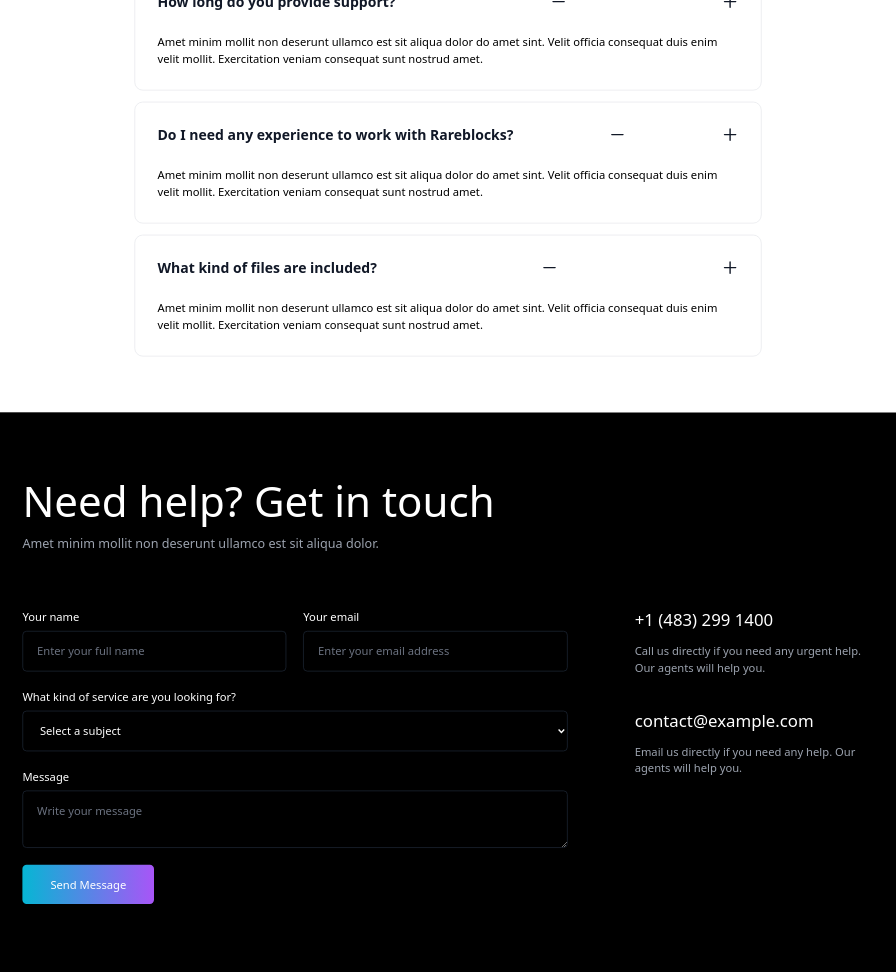
Repository: ornelasedward/mired_website
Page: /
An editor plug-in stored every save of this project. The page is shown before and after the next save, followed by the edit.
The browser window is 1280 px wide. The pictures show the part of the page from y = 3785 to 5705 px (the page is 5173 px tall before and 5705 px after), at 70% of full size.
The project was rebuilt for these pictures with package versions that can differ from the ones it lists, and the page was loaded fresh each time. The framework's server and built-in components were replaced by stand-ins that run in the browser. Also part of the build but not shown: next.config.js.

Above is the page before, as saved 2023-03-25 21:17:15.

### app/page.tsx
import Header from "@/components/Header";
import Hero from "@/components/Hero";
import Services from "@/components/Services";
import CTA from "@/components/CTA";
import { Inter } from "next/font/google";
import Testimonial from "@/components/Testimonials";
import FAQ from "@/components/FAQ";
import Contact from "@/components/Contact";

const inter = Inter({ subsets: ["latin"] });

export default function Home() {
  return (
    <main>
      <Hero />
      <Header />
      <Services />
      <CTA />
      <Testimonial />
      <FAQ />
      <Contact />
    </main>
  );
}

### components/Header.tsx
export default function Header() {
  return (
    <section className="py-12 overflow-hidden bg-gray-900 sm:py-16 lg:py-20 xl:py-24">
      <div className="px-4 mx-auto max-w-7xl sm:px-6 lg:px-8">
        <div className="grid max-w-6xl grid-cols-1 mx-auto gap-y-12 lg:grid-cols-2 lg:gap-x-16 xl:gap-x-24">
          <div className="relative flex flex-col justify-between max-w-lg lg:py-12 lg:max-w-none">
            <div className="flex-1">
              <p className="text-sm font-normal tracking-widest uppercase">
                <span className="text-transparent bg-clip-text bg-gradient-to-r from-cyan-500 to-purple-500">
                  {" "}
                  Have a project in mind?{" "}
                </span>
              </p>
            </div>

            <div className="mt-6 lg:mt-auto">
              <h2 className="text-3xl font-normal text-white sm:text-4xl lg:text-5xl xl:text-6xl">
                We help you to grow your business faster & easier.
              </h2>
              <p className="mt-4 text-base font-normal text-gray-400 lg:max-w-xs sm:text-lg sm:mt-6">
                Amet minim mollit non deserunt ullamco est sit aliqua dolor.
              </p>
            </div>
          </div>

          <div className="relative flex items-center justify-center">
            <div className="absolute right-0 transform translate-x-4 -translate-y-1/2 top-1/2">
              <svg
                className="filter blur-3xl"
                // style="filter: blur(64px)"
                width="619"
                height="371"
                fill="none"
                xmlns="http://www.w3.org/2000/svg"
              >
                <path
                  d="M355.661 40.206C507.908 40.206 619-61.411 619 58.454 619 178.319 219.912 371 67.665 371s0-192.681 0-312.546c0-119.865 135.749-18.248 287.996-18.248Z"
                  fill="url(#e)"
                />
                <defs>
                  <linearGradient
                    id="e"
                    x1="0"
                    y1="371"
                    x2="36.57"
                    y2="-50.529"
                    gradientUnits="userSpaceOnUse"
                  >
                    <stop
                      offset="0%"
                      //   style="stop-color: var(--color-cyan-500)"
                    />
                    <stop
                      offset="100%"
                      //   style="stop-color: var(--color-purple-500)"
                    />
                  </linearGradient>
                </defs>
              </svg>
            </div>

            <div className="relative overflow-hidden bg-black rounded-xl">
              <div className="p-6 sm:py-8 sm:px-9">
                <p className="text-xl font-normal text-white">
                  Let us know about your project & we will help you grow your
                  business from scratch.
                </p>

                <form action="#" method="POST" className="mt-8 space-y-4">
                  <div>
                    <label for="" className="sr-only">
                      {" "}
                      Full name{" "}
                    </label>
                    <div>
                      <input
                        type="text"
                        name=""
                        id=""
                        placeholder="First & Last name"
                        className="block w-full px-5 py-4 text-base text-white placeholder-gray-500 bg-black rounded-md focus:border-white focus:ring-1 focus:ring-white"
                      />
                    </div>
                  </div>

                  <div>
                    <label for="" className="sr-only">
                      {" "}
                      Email address{" "}
                    </label>
                    <div>
                      <input
                        type="email"
                        name=""
                        id=""
                        placeholder="Email address"
                        className="block w-full px-5 py-4 text-base text-white placeholder-gray-500 bg-black rounded-md focus:border-white focus:ring-1 focus:ring-white"
                      />
                    </div>
                  </div>

                  <div>
                    <label for="" className="sr-only">
                      {" "}
                      Phone number{" "}
                    </label>
                    <div>
                      <input
                        type="tel"
                        name=""
                        id=""
                        placeholder="Phone number"
                        className="block w-full px-5 py-4 text-base text-white placeholder-gray-500 bg-black rounded-md focus:border-white focus:ring-1 focus:ring-white"
                      />
                    </div>
                  </div>

                  <div>
                    <label for="" className="sr-only">
                      {" "}
                      Message{" "}
                    </label>
                    <div>
                      <textarea
                        name=""
                        id=""
                        placeholder="Write your message"
                        rows="4"
                        className="block w-full px-5 py-4 text-base text-white placeholder-gray-500 bg-black rounded-md resize-y focus:border-white focus:ring-1 focus:ring-white"
                      ></textarea>
                    </div>
                  </div>

                  <div>
                    <div className="relative inline-flex mt-2 group">
                      <div className="absolute transition-all duration-200 rounded-md -inset-px bg-gradient-to-r from-cyan-500 to-purple-500 group-hover:shadow-lg group-hover:shadow-cyan-500/50"></div>
                      <button
                        type="button"
                        className="relative inline-flex items-center justify-center px-8 py-3 text-base font-normal text-white bg-black border border-transparent rounded-md"
                        role="button"
                      >
                        Send Message
                      </button>
                    </div>
                  </div>
                </form>
              </div>
            </div>
          </div>
        </div>
      </div>
    </section>
  );
}

### components/Services.tsx
import Image from "next/image";

export default function Services() {
  return (
    <div>
      <div className="absolute transform -translate-x-1/2 translate-y-full bottom-1/2 left-1/2">
        <svg
          className="blur-3xl filter opacity-70"
          style={{ filter: "blur(64px)" }}
          width="643"
          height="408"
          fill="none"
          xmlns="http://www.w3.org/2000/svg"
        >
          <path
            d="M183.151 216.787C86.498 123.868-62.309 137.493 30.03 41.445c92.337-96.049 494.126-6.876 590.779 86.043 96.652 92.919-148.432 154.396-240.769 250.445-92.338 96.048-100.237-68.228-196.889-161.146Z"
            fill="url(#a)"
          />
          <defs>
            <linearGradient
              id="a"
              x1="663.766"
              y1="168.785"
              x2="303.65"
              y2="469.667"
              gradientUnits="userSpaceOnUse"
            >
              <stop
                offset="0%"
                style={{ stopColor: "var(--color-cyan-500)" }}
              />
              <stop
                offset="100%"
                style={{ stopColor: "var(--color-purple-500)" }}
              />
            </linearGradient>
          </defs>
        </svg>
      </div>

      <div className="absolute inset-0">
        {/* <Image className="object-cover w-full h-full opacity-50" src="https://landingfoliocom.imgix.net/store/collection/dusk/images/noise.png" alt="" width="100" height="100"> */}
      </div>

      <div className="relative px-4 mx-auto sm:px-6 lg:px-8 max-w-7xl">
        <div className="max-w-md mx-auto text-center">
          <h2 className="text-3xl font-normal text-white sm:text-4xl lg:text-5xl xl:text-6xl">
            3 simple steps
          </h2>
          <p className="mt-6 text-lg font-normal text-gray-400">
            Amet minim mollit non deserunt ullamco est sit aliqua dolor do amet
            sint velit officia
          </p>
        </div>

        <div className="grid grid-cols-1 mt-12 bg-black bg-opacity-50 border border-gray-800 sm:grid-cols-2 lg:grid-cols-4 sm:mt-16 lg:mt-20 backdrop-blur-lg">
          <div className="">
            <div className="p-6 sm:px-8">
              <p className="text-5xl font-semibold text-gray-600">1</p>
              <p className="mt-12 text-xl font-normal text-white lg:mt-32 xl:mt-52">
                Create a free account. Amet minim mollit non est sit dolor do.
              </p>
            </div>
          </div>

          <div className="border-t border-gray-800 sm:border-t-0 sm:border-l">
            <div className="p-6 sm:px-8">
              <p className="text-5xl font-semibold text-gray-600">2</p>
              <p className="mt-12 text-xl font-normal text-white lg:mt-32 xl:mt-52">
                Add team member on your project. Amet minim mollit non.
              </p>
            </div>
          </div>

          <div className="border-t border-gray-800 lg:border-t-0 lg:border-l">
            <div className="p-6 sm:px-8">
              <p className="text-5xl font-semibold text-gray-600">3</p>
              <p className="mt-12 text-xl font-normal text-white lg:mt-32 xl:mt-52">
                Start automating. Amet minim mollit non est sit dolor doros.
              </p>
            </div>
          </div>

          <div className="border-t border-l border-gray-800 lg:border-t-0">
            <div className="p-6 sm:px-8">
              <p className="text-5xl font-semibold text-gray-600">4</p>
              <p className="mt-12 text-xl font-normal text-white lg:mt-32 xl:mt-52">
                Grow business fast. Amet minim mollit non est sit dolor.
              </p>
            </div>
          </div>
        </div>
      </div>
    </div>
  );
}

### components/CTA.tsx
import Image from "next/image";

export default function Component() {
  return (
    <div>
      <section className="relative py-12 overflow-hidden bg-gray-50 sm:py-16 lg:py-20">
        <div className="px-4 mx-auto max-w-7xl sm:px-6 lg:px-8">
          <div className="text-center lg:w-1/2 xl:w-2/5 lg:text-left lg:pr-8">
            <p className="text-lg font-medium text-gray-600 font-pj">
              2,157 people are using
            </p>
            <h2 className="mt-6 text-3xl font-bold text-gray-900 sm:text-4xl xl:text-5xl font-pj">
              Rareblocks helps you grow fast
            </h2>

            <ul className="mt-8 space-y-5 lg:mt-16">
              <li className="flex items-center justify-center text-gray-900 lg:justify-start">
                <svg
                  className="w-6 h-6"
                  xmlns="http://www.w3.org/2000/svg"
                  fill="none"
                  viewBox="0 0 24 24"
                  stroke="currentColor"
                >
                  <path
                    stroke-linecap="round"
                    stroke-linejoin="round"
                    stroke-width="2"
                    d="M9 12l2 2 4-4m6 2a9 9 0 11-18 0 9 9 0 0118 0z"
                  />
                </svg>
                <span className="ml-3 text-lg font-bold font-pj">
                  {" "}
                  150+ Handcoded UI Blocks{" "}
                </span>
              </li>

              <li className="flex items-center justify-center text-gray-900 lg:justify-start">
                <svg
                  className="w-6 h-6"
                  xmlns="http://www.w3.org/2000/svg"
                  fill="none"
                  viewBox="0 0 24 24"
                  stroke="currentColor"
                >
                  <path
                    stroke-linecap="round"
                    stroke-linejoin="round"
                    stroke-width="2"
                    d="M9 12l2 2 4-4m6 2a9 9 0 11-18 0 9 9 0 0118 0z"
                  />
                </svg>
                <span className="ml-3 text-lg font-bold font-pj">
                  {" "}
                  Fully Responsive on Any Device{" "}
                </span>
              </li>

              <li className="flex items-center justify-center text-gray-900 lg:justify-start">
                <svg
                  className="w-6 h-6"
                  xmlns="http://www.w3.org/2000/svg"
                  fill="none"
                  viewBox="0 0 24 24"
                  stroke="currentColor"
                >
                  <path
                    stroke-linecap="round"
                    stroke-linejoin="round"
                    stroke-width="2"
                    d="M9 12l2 2 4-4m6 2a9 9 0 11-18 0 9 9 0 0118 0z"
                  />
                </svg>
                <span className="ml-3 text-lg font-bold font-pj">
                  {" "}
                  Just Copy & Paste{" "}
                </span>
              </li>
            </ul>

            <div className="flex flex-col items-center mt-8 lg:justify-start sm:justify-center sm:flex-row lg:mt-16 sm:space-x-5">
              <a
                href="#"
                title=""
                className="
                        relative
                        inline-flex
                        items-center
                        justify-center
                        w-48
                        px-8
                        py-3
                        text-base
                        font-bold
                        text-white
                        transition-all
                        duration-200
                        bg-gray-900
                        border-2 border-transparent
                        sm:w-auto
                        focus:outline-none focus:ring-2 focus:ring-offset-2 focus:ring-gray-900
                        font-pj
                        hover:bg-opacity-90
                        rounded-xl
                    "
                role="button"
              >
                Get Rareblocks
              </a>

              <a
                href="#"
                title=""
                className="
                        inline-flex
                        items-center
                        justify-center
                        w-48
                        px-8
                        py-3
                        mt-5
                        text-base
                        font-bold
                        text-gray-900
                        transition-all
                        duration-200
                        border-2 border-gray-400
                        sm:w-autojustify-center sm:mt-0
                        rounded-xl
                        font-pj
                        focus:outline-none focus:ring-2 focus:ring-offset-2 focus:ring-gray-900
                        hover:bg-gray-900
                        focus:bg-gray-900
                        hover:text-white
                        focus:text-white
                        hover:border-gray-900
                        focus:border-gray-900
                    "
                role="button"
              >
                Learn More
              </a>
            </div>
          </div>
        </div>

        <div className="mt-16 translate-x-12 lg:absolute lg:bottom-0 lg:right-0 lg:translate-x-96 lg:translate-y-8 xl:translate-x-56 2xl:translate-x-44 2xl:translate-y-24">
          <div className="relative">
            <div className="absolute -inset-2">
              <div
                className="w-full h-full mx-auto opacity-30 blur-lg filter"
                // style="background: linear-gradient(90deg, #44ff9a -0.55%, #44b0ff 22.86%, #8b44ff 48.36%, #ff6644 73.33%, #ebff70 99.34%)"
              ></div>
            </div>

            <div className="relative">
              <div className="aspect-w-16 aspect-h-12 lg:aspect-none">
                {/* <Image
                  className="object-cover object-left-top w-full h-full lg:max-w-4xl 2xl:max-w-5xl"
                  src="https://cdn.rareblocks.xyz/collection/clarity/images/cta/8/illustration-old.png"
                  alt=""
                  width="100"
                  height="100"
                /> */}
              </div>
            </div>
          </div>
        </div>
      </section>
    </div>
  );
}

### components/Footer.tsx
export default function Footer() {
  return (
    <div>
      <footer className="py-12 bg-gray-50 sm:pt-16 lg:pt-20">
        <div className="px-4 mx-auto sm:px-6 lg:px-8 max-w-7xl">
          <div className="flex flex-wrap items-start md:justify-between gap-y-12 gap-x-24 md:gap-x-12">
            <div className="w-full lg:w-64 xl:w-full xl:max-w-xs">
              <a href="#" title="" className="flex">
                {/* <img
                  className="w-auto h-8"
                  src="https://landingfoliocom.imgix.net/store/collection/saasui/images/logo.svg"
                  alt=""
                /> */}
              </a>

              <p className="mt-8 text-base font-normal text-gray-500">
                Clarity gives you the blocks and components you need to create a
                truly professional website.
              </p>
            </div>

            <div>
              <p className="text-xs font-semibold tracking-widest text-gray-400 uppercase">
                Company
              </p>

              <ul className="mt-8 space-y-5">
                <li>
                  <a
                    href="#"
                    title=""
                    className="inline-flex text-base font-medium text-gray-900 transition-all duration-200 hover:translate-x-1 hover:text-blue-600"
                  >
                    {" "}
                    About{" "}
                  </a>
                </li>

                <li>
                  <a
                    href="#"
                    title=""
                    className="inline-flex text-base font-medium text-gray-900 transition-all duration-200 hover:translate-x-1 hover:text-blue-600"
                  >
                    {" "}
                    Features{" "}
                  </a>
                </li>

                <li>
                  <a
                    href="#"
                    title=""
                    className="inline-flex text-base font-medium text-gray-900 transition-all duration-200 hover:translate-x-1 hover:text-blue-600"
                  >
                    {" "}
                    Works{" "}
                  </a>
                </li>

                <li>
                  <a
                    href="#"
                    title=""
                    className="inline-flex text-base font-medium text-gray-900 transition-all duration-200 hover:translate-x-1 hover:text-blue-600"
                  >
                    {" "}
                    Career{" "}
                  </a>
                </li>
              </ul>
            </div>

            <div>
              <p className="text-xs font-semibold tracking-widest text-gray-400 uppercase">
                Help
              </p>

              <ul className="mt-8 space-y-5">
                <li>
                  <a
                    href="#"
                    title=""
                    className="inline-flex text-base font-medium text-gray-900 transition-all duration-200 hover:translate-x-1 hover:text-blue-600"
                  >
                    {" "}
                    Customer Support{" "}
                  </a>
                </li>

                <li>
                  <a
                    href="#"
                    title=""
                    className="inline-flex text-base font-medium text-gray-900 transition-all duration-200 hover:translate-x-1 hover:text-blue-600"
                  >
                    {" "}
                    Delivery Details{" "}
                  </a>
                </li>

                <li>
                  <a
                    href="#"
                    title=""
                    className="inline-flex text-base font-medium text-gray-900 transition-all duration-200 hover:translate-x-1 hover:text-blue-600"
                  >
                    {" "}
                    Terms & Conditions{" "}
                  </a>
                </li>

                <li>
                  <a
                    href="#"
                    title=""
                    className="inline-flex text-base font-medium text-gray-900 transition-all duration-200 hover:translate-x-1 hover:text-blue-600"
                  >
                    {" "}
                    Privacy Policy{" "}
                  </a>
                </li>
              </ul>
            </div>

            <div className="w-full md:max-w-xs">
              <p className="text-xs font-semibold tracking-widest text-gray-400 uppercase">
                Newsletter
              </p>
            </div>
            <form action="#" method="POST" className="mt-5 space-y-4">
              <div>
                <label htmlFor="email" className="sr-only">
                  Email address
                </label>
                <input
                  type="email"
                  name="email"
                  id="email"
                  placeholder="Enter your email address"
                  className="block w-full px-4 py-4 text-base text-gray-900 border border-gray-200 rounded-xl bg-gray-50 focus:bg-white focus:outline-none focus:border-blue-600 focus:ring-1 focus:ring-blue-600"
                />
              </div>
              <button
                type="submit"
                className="inline-flex items-center justify-center w-full px-6 py-4 text-base font-medium text-white transition-all duration-200 bg-blue-600 border border-transparent rounded-xl hover:bg-blue-700 focus:outline-none focus:ring-2 focus:ring-offset-2 focus:ring-blue-700"
              >
                Subscribe Now
              </button>
            </form>
          </div>
        </div>
      </footer>
    </div>
  );
}

Loaded but not shown: app/layout.tsx (common file); app/globals.css (common file); tailwind.config.js (common file); components/Testimonials.tsx (263 lines, source omitted); components/FAQ.tsx (278 lines, source omitted); components/Hero.tsx (241 lines, source omitted); components/Contact.tsx (169 lines, source omitted)

After the next save:
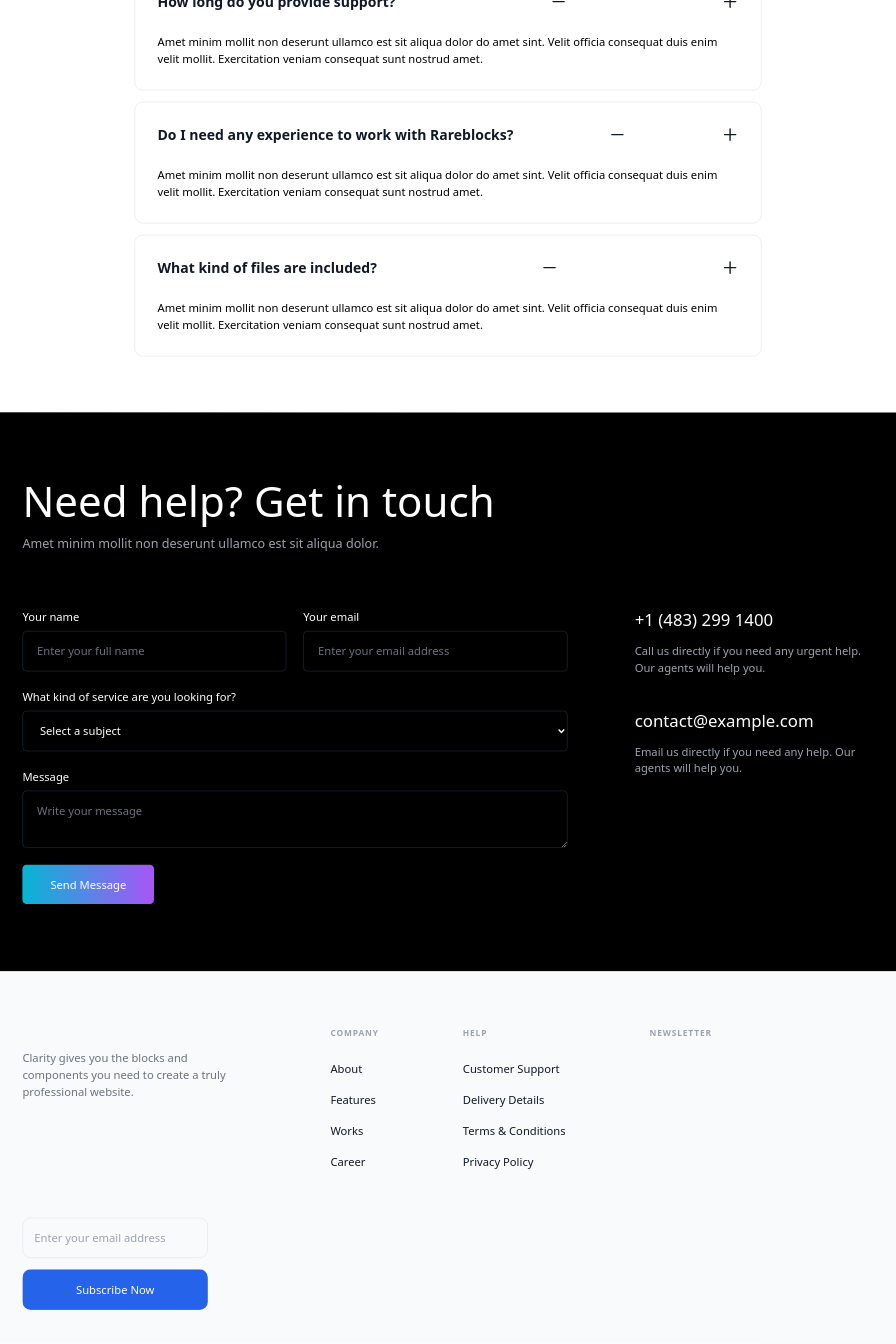
Saved 19 s later.
--- a/app/page.tsx
+++ b/app/page.tsx
@@ -6,6 +6,7 @@
 import Testimonial from "@/components/Testimonials";
 import FAQ from "@/components/FAQ";
 import Contact from "@/components/Contact";
+import Footer from "@/components/Footer";
 
 const inter = Inter({ subsets: ["latin"] });
 
@@ -19,6 +20,7 @@
       <Testimonial />
       <FAQ />
       <Contact />
+      <Footer />
     </main>
   );
 }
